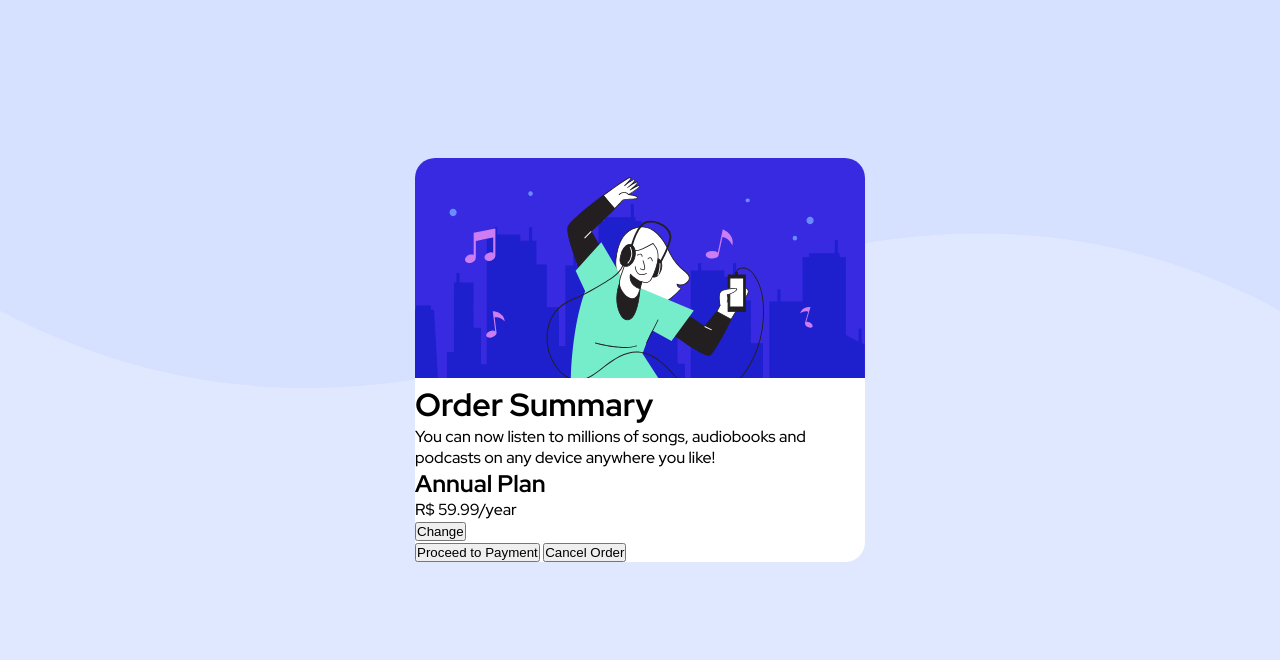
Repository: gccavalheiro/order-summary-card
Page: index.html
The author's editor kept a copy of each file at every save. The page is drawn from the files as they stood at one save, then again after the next save.
The browser window is 1280 px wide. The pictures show the whole page.

Above is the page before, as saved 2021-12-17 01:59:32.

After the next save:
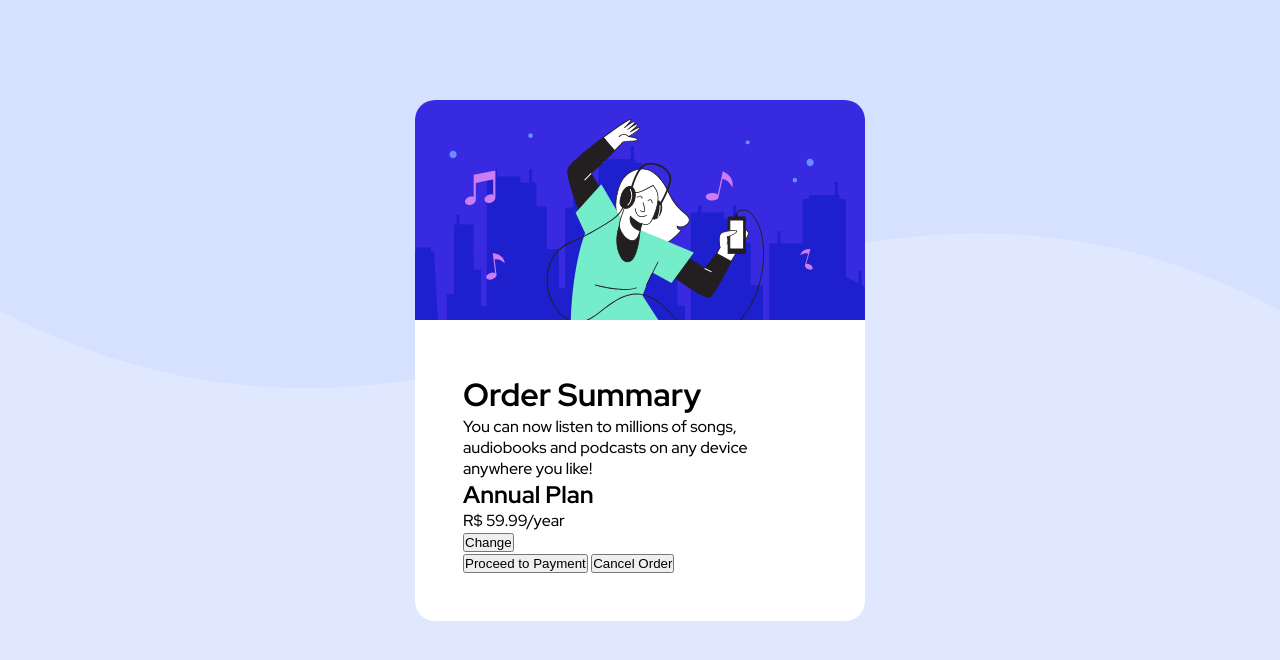
Saved 67 s later.
--- a/assets/css/main.css
+++ b/assets/css/main.css
@@ -56,3 +56,7 @@ main {
   border-top-right-radius: 20px;
   overflow: hidden;
 }
+
+.card-body {
+  padding: 48px;
+}
